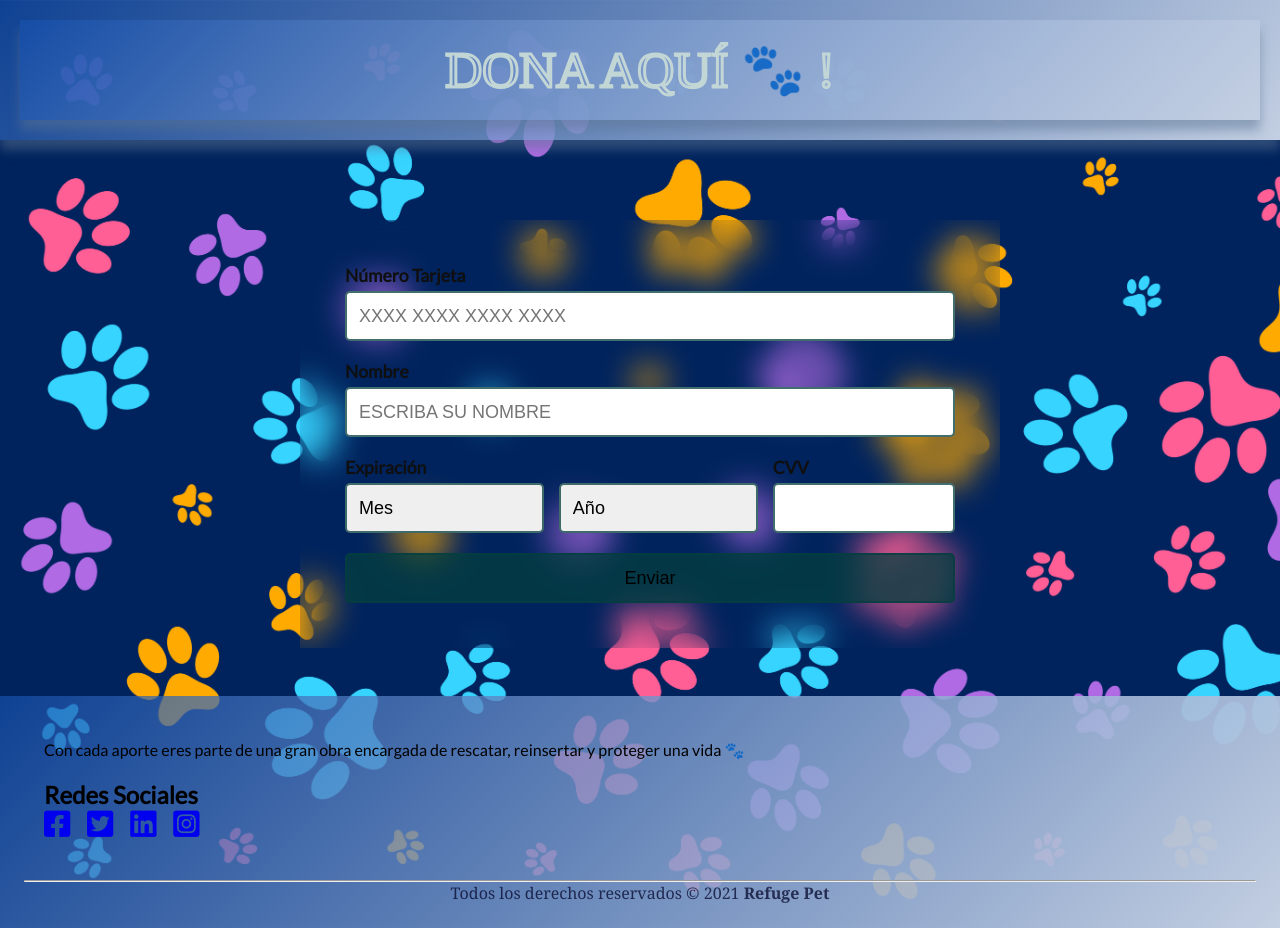
Repository: andreasvidal/SCL019-card-validation
Page: src/views/cardvalidation.html
These files come from the project's save history. The page is drawn as it stood at one moment and after the next save; the edit follows.
The browser window is 1280 px wide. The pictures show the whole page.
Some web fonts or font styles are not loaded; a fallback is used. Some web libraries are served in a nearby version.

Above is the page before, as saved 2022-04-13 10:11:33.

After the next save:
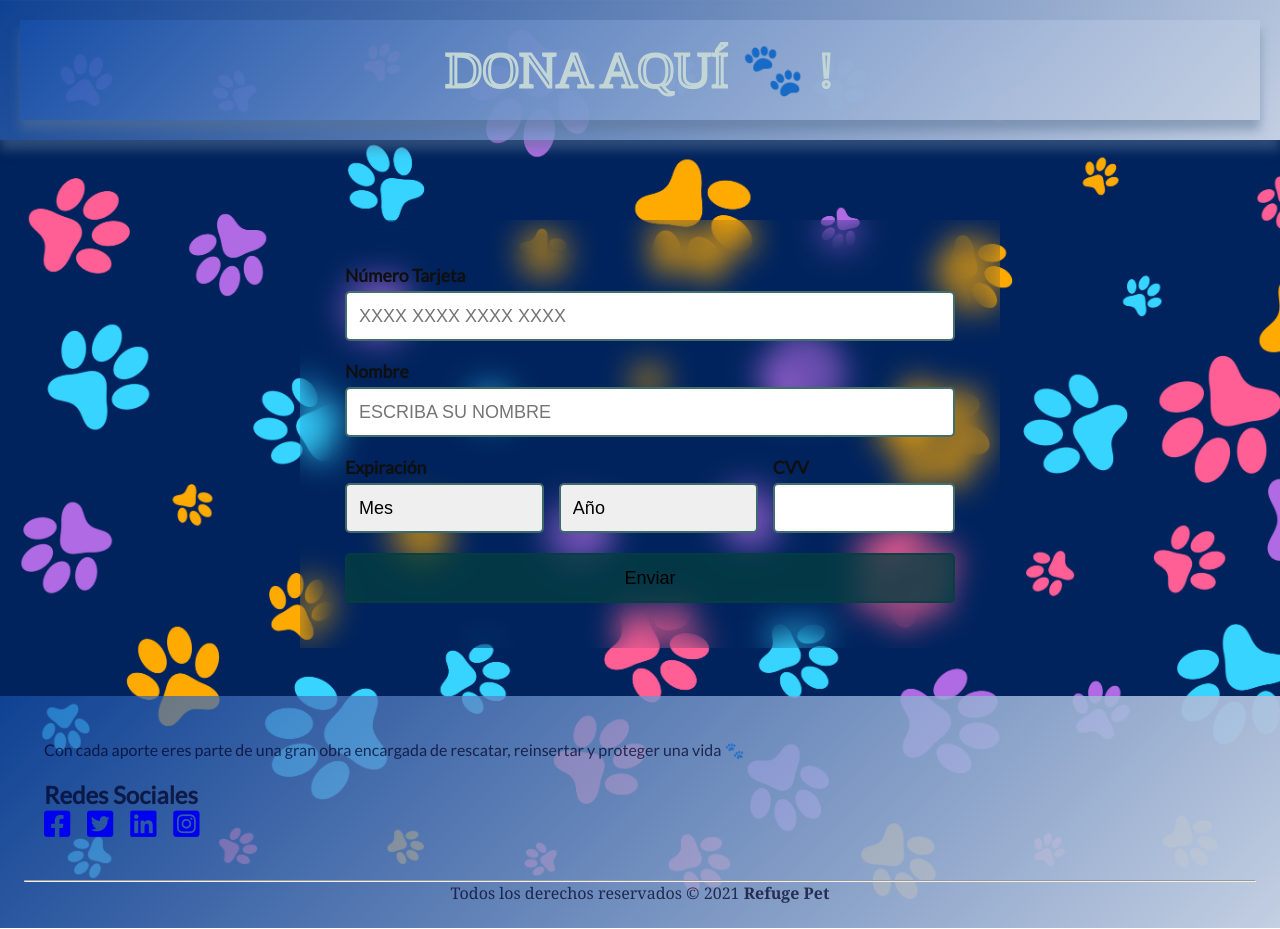
Saved 21 s later.
--- a/src/css/formstyle.css
+++ b/src/css/formstyle.css
@@ -122,6 +122,7 @@ footer {
     background-size: cover;
     background-image: linear-gradient(135deg, #1650adad 0%, #c3cfe2 100%);
     box-shadow: 0 10px 10px 0 rgba(90, 116, 148, 0.3);
+    color: rgba(2, 3, 39, 0.726);
 }
 
 .box__footer {
@@ -141,5 +142,4 @@ footer {
     text-align: center;
     font-family: Georgia, 'Times New Roman', Times, serif;
     font-size: 1rem;
-    color: rgba(2, 3, 39, 0.726);
 }
